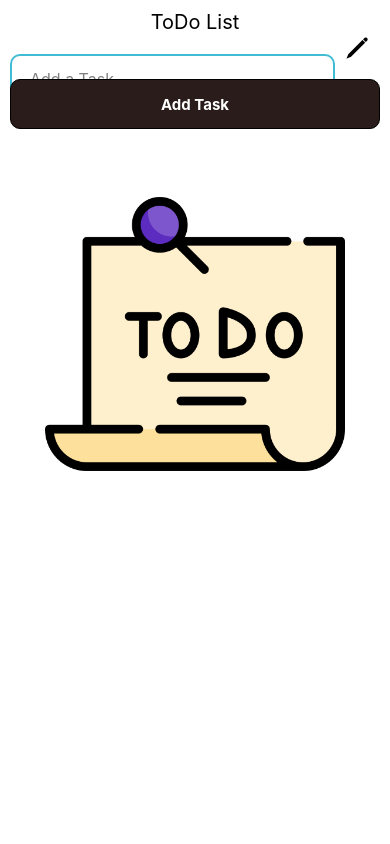
Repository: raisingh22/Projects
Screen: /
These files come from the project's save history. The screen is drawn as it stood at one moment and after a run of saves; the edit follows.
The app was drawn by React Native's web renderer in a window 390 px wide. The project was rebuilt for these pictures with package versions that can differ from the ones it lists, and the page was loaded fresh each time.

Above is the screen before, as saved 2024-01-22 14:05:40.

After the next 3 saves:
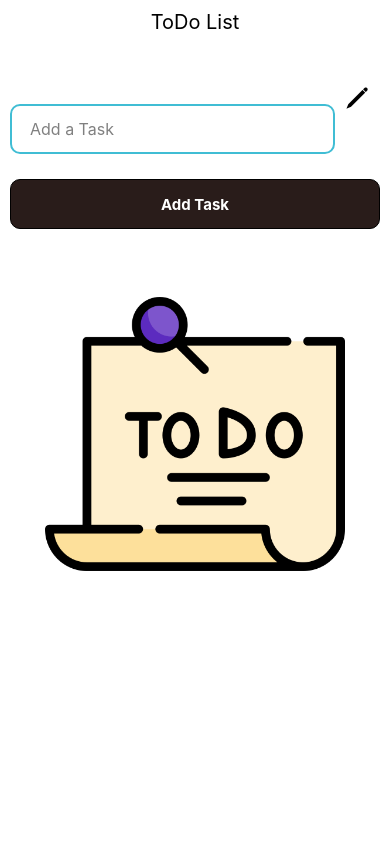
The 3 saves are shown as one change because 1 did not build or start and some came seconds apart.
The last was saved 16 s later.
--- a/src/ToDoList/screens/ToDo.js
+++ b/src/ToDoList/screens/ToDo.js
@@ -69,7 +69,8 @@ const ToDo = () => {
       }}>ToDo List</Text>
       <View style={{
         flexDirection:'row',
-        flex:1
+        flex:1,
+        marginVertical:50
       }}>
       <TextInput
         placeholder="Add a Task"
